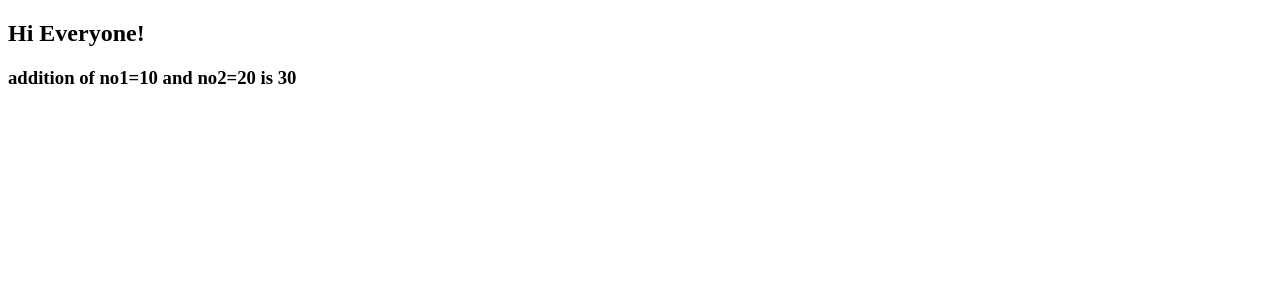
Repository: AwareSelf/JavaTrainingPublic
Page: 15Sep/webapp_1sepbatch/HtmlJSWeb/src/main/webapp/index.html
An editor plug-in stored every save of this project. The page is shown before and after the next save, followed by the edit.
The browser window is 1280 px wide. The pictures show the whole page.

Above is the page before, as saved 2022-09-14 07:48:50.

### 15Sep/webapp_1sepbatch/HtmlJSWeb/src/main/webapp/index.html
<!DOCTYPE html>
<html>
<head>
<meta charset="ISO-8859-1">
<title>Hi Everyone!!</title>
<script type="text/javascript">

  function func(no1,no2)
  {


    var sum = no1 +  no2;
    // alert(sum);

     return sum;
  }


</script>

</head>
<body>

<h2>Hi Everyone!</h2>

<script type="text/javascript">


  var no1 = 10;
  var no2 = 20;
  var s = func(no1,no2);
  alert("sum is "+s);

  document.write("<h3>addition of no1="+no1+" and no2="+no2+" is "+s+"</h3>");


</script>
</body>
</html>

### 15Sep/webapp_1sepbatch/HtmlJSWeb/src/main/webapp/JS/add.js
 function func(no1,no2)
  {


    var sum = no1 +  no2;
    // alert(sum);

     return sum;
  }

After the next save:
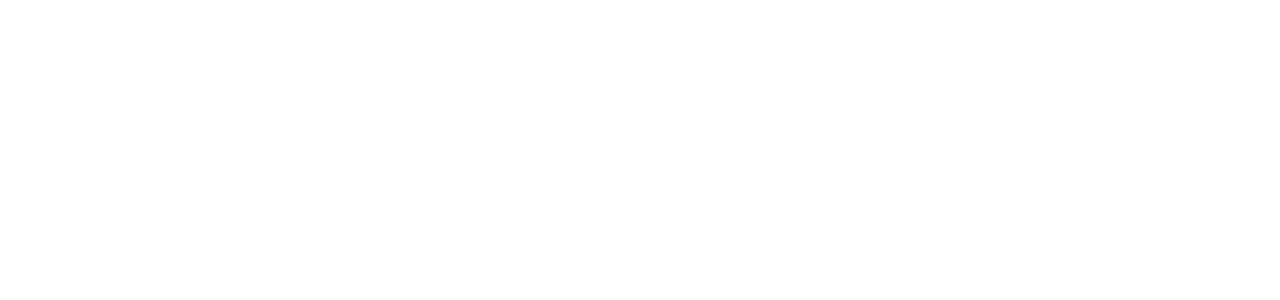
Saved 3 min 51 s later.
--- a/15Sep/webapp_1sepbatch/HtmlJSWeb/src/main/webapp/index.html
+++ b/15Sep/webapp_1sepbatch/HtmlJSWeb/src/main/webapp/index.html
@@ -3,6 +3,8 @@
 <head>
 <meta charset="ISO-8859-1">
 <title>Hi Everyone!!</title>
+
+<!--
 <script type="text/javascript">
 
   function func(no1,no2)
@@ -17,6 +19,9 @@
 
 
 </script>
+ -->
+
+ <script type="text/javascript" src="JS/add.js" />
 
 </head>
 <body>

After the save that followed:
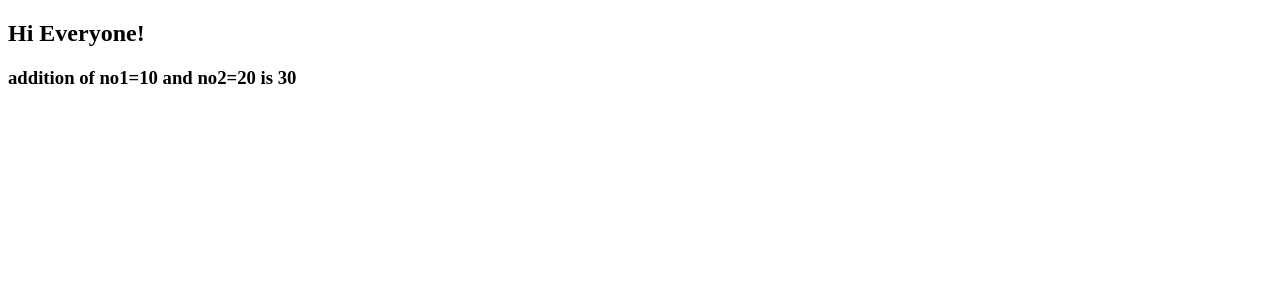
Saved 18 s later.
--- a/15Sep/webapp_1sepbatch/HtmlJSWeb/src/main/webapp/index.html
+++ b/15Sep/webapp_1sepbatch/HtmlJSWeb/src/main/webapp/index.html
@@ -21,7 +21,7 @@
 </script>
  -->
 
- <script type="text/javascript" src="JS/add.js" />
+ <script type="text/javascript" src="JS/add.js" ></script>
 
 </head>
 <body>
